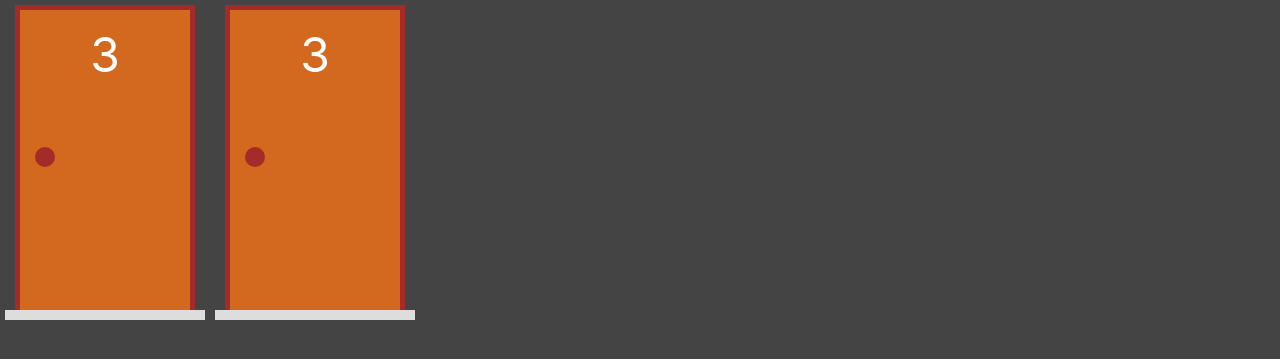
Repository: Mira757/Projeto-Porta-Premiada
Page: /
The author's editor kept a copy of each file at every save. The page is drawn from the files as they stood at one save, then again after the next save.
The browser window is 1280 px wide. The pictures show the whole page.
The project was rebuilt for these pictures with package versions that can differ from the ones it lists, and the page was loaded fresh each time. The framework's server and built-in components were replaced by stand-ins that run in the browser. Also part of the build but not shown: next.config.js, styles/Presente.module.css, components/Presente.jsx.

Above is the page before, as saved 2022-03-16 18:47:49.

After the next save:
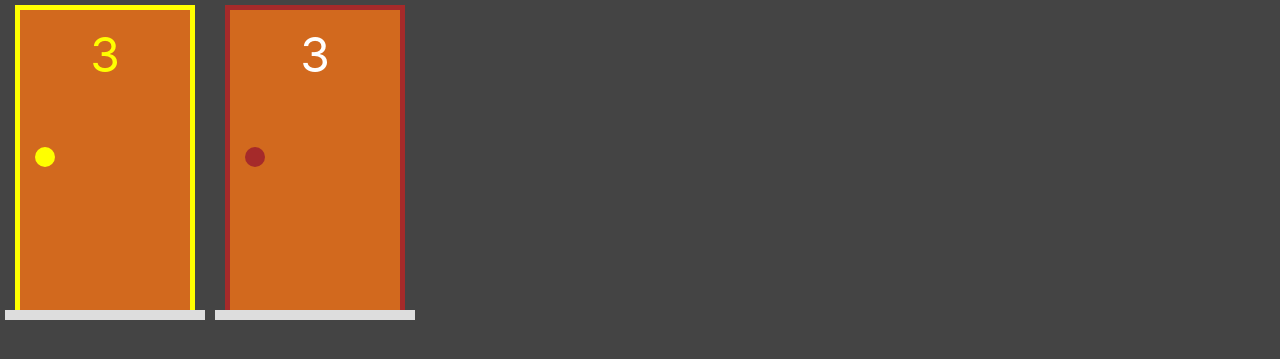
Saved 42 s later.
--- a/pages/index.jsx
+++ b/pages/index.jsx
@@ -4,7 +4,7 @@ import Presente from "../components/Presente";
 export default function Home() {
   return (
     <div style={{display: "flex"}}>
-      <Porta/>
+      <Porta selecionada/>
       <Porta/>
     </div>
   )
